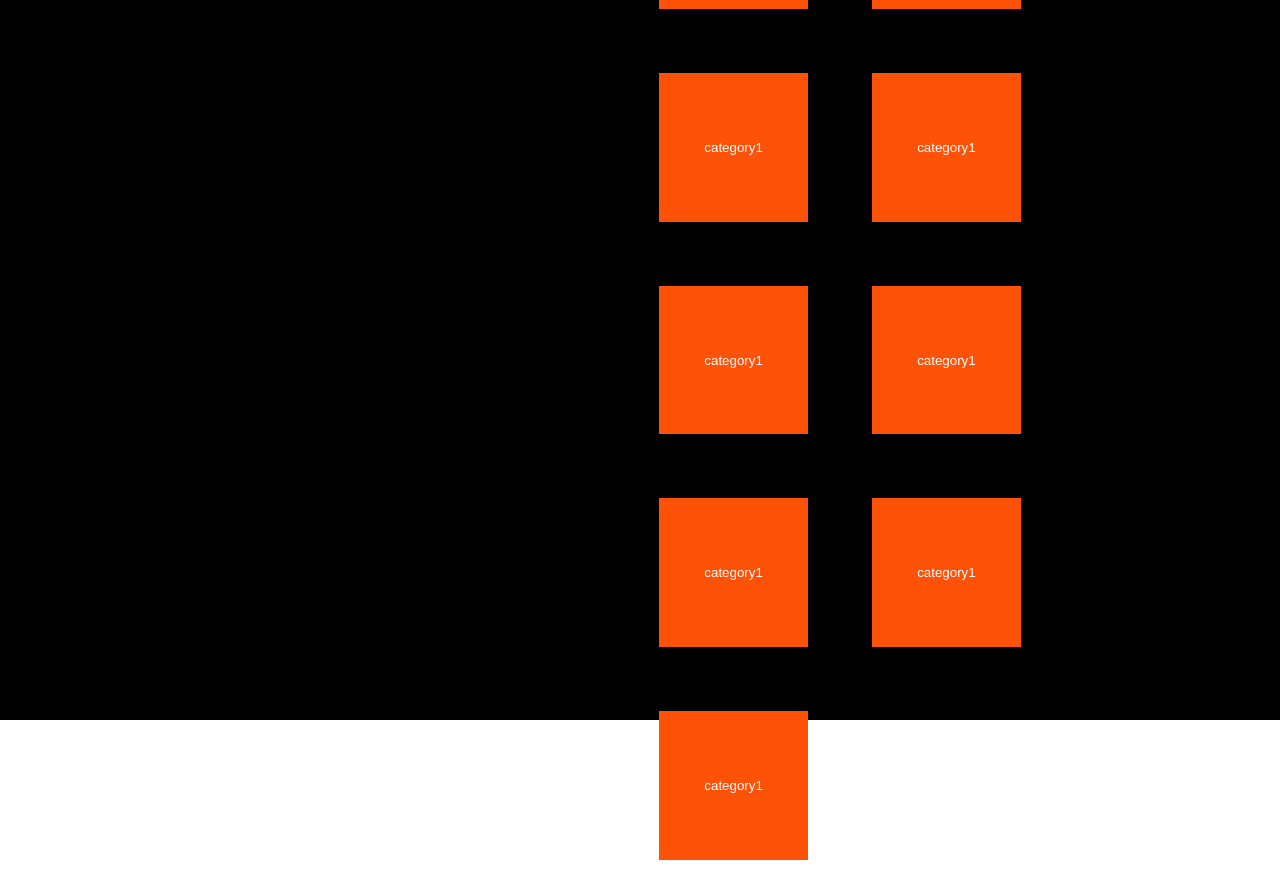
Repository: drumsmanku/react-capstone-project-2
Page: /categories
The author's editor kept a copy of each file at every save. The page is drawn from the files as they stood at one save, then again after the next save.
The browser window is 1280 px wide. The pictures show the whole page.
Some web fonts or font styles are not loaded; a fallback is used. The project was rebuilt for these pictures with package versions that can differ from the ones it lists, and the page was loaded fresh each time. Also part of the build but not shown: src/components/RegistrationPage.js, src/components/SubmitSuccess.js.

Above is the page before, as saved 2023-05-24 08:46:39.

After the next save:
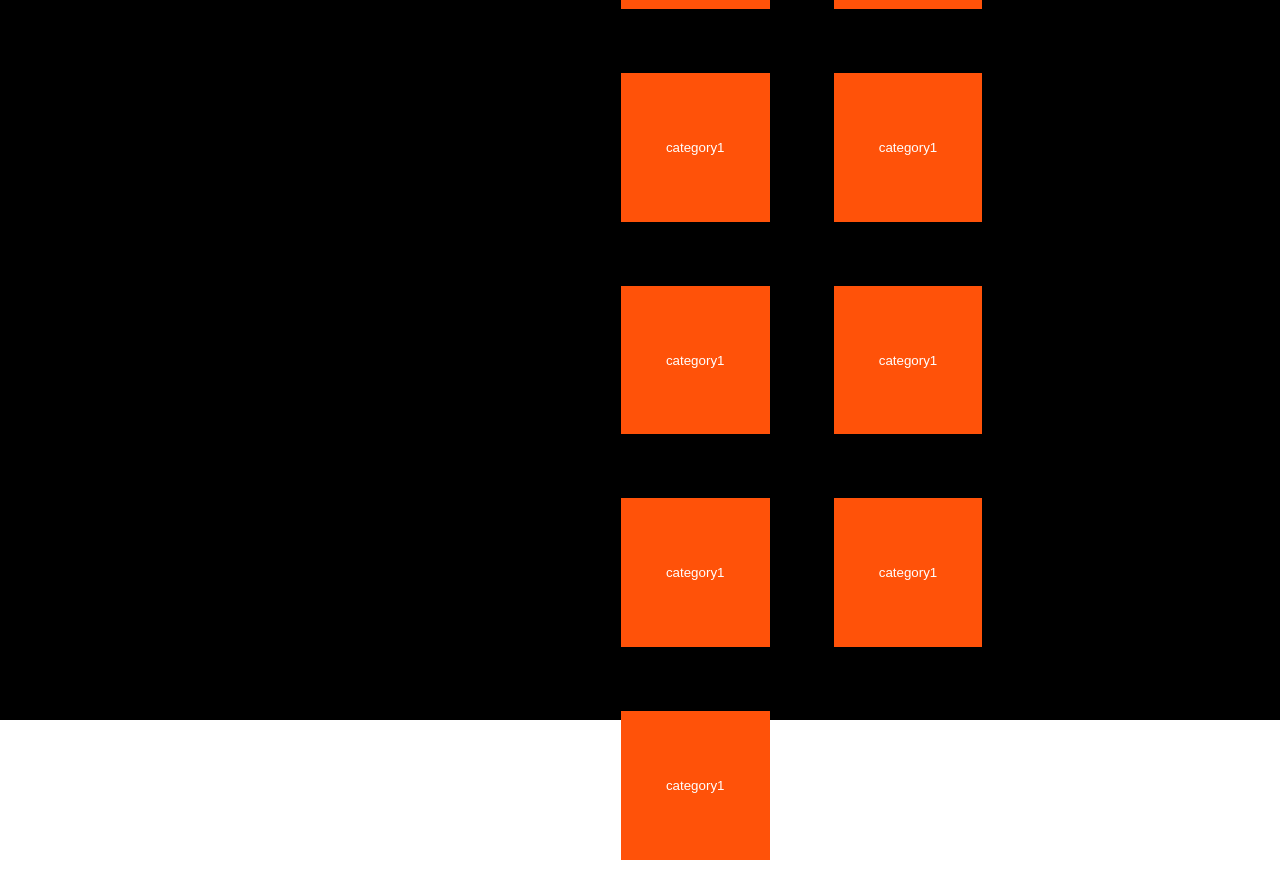
Saved 7 s later.
--- a/src/components/CategoriesPage.css
+++ b/src/components/CategoriesPage.css
@@ -19,5 +19,5 @@
 
 }
 .category-container{
-  width: 70%;
+  width: 80%;
 }
